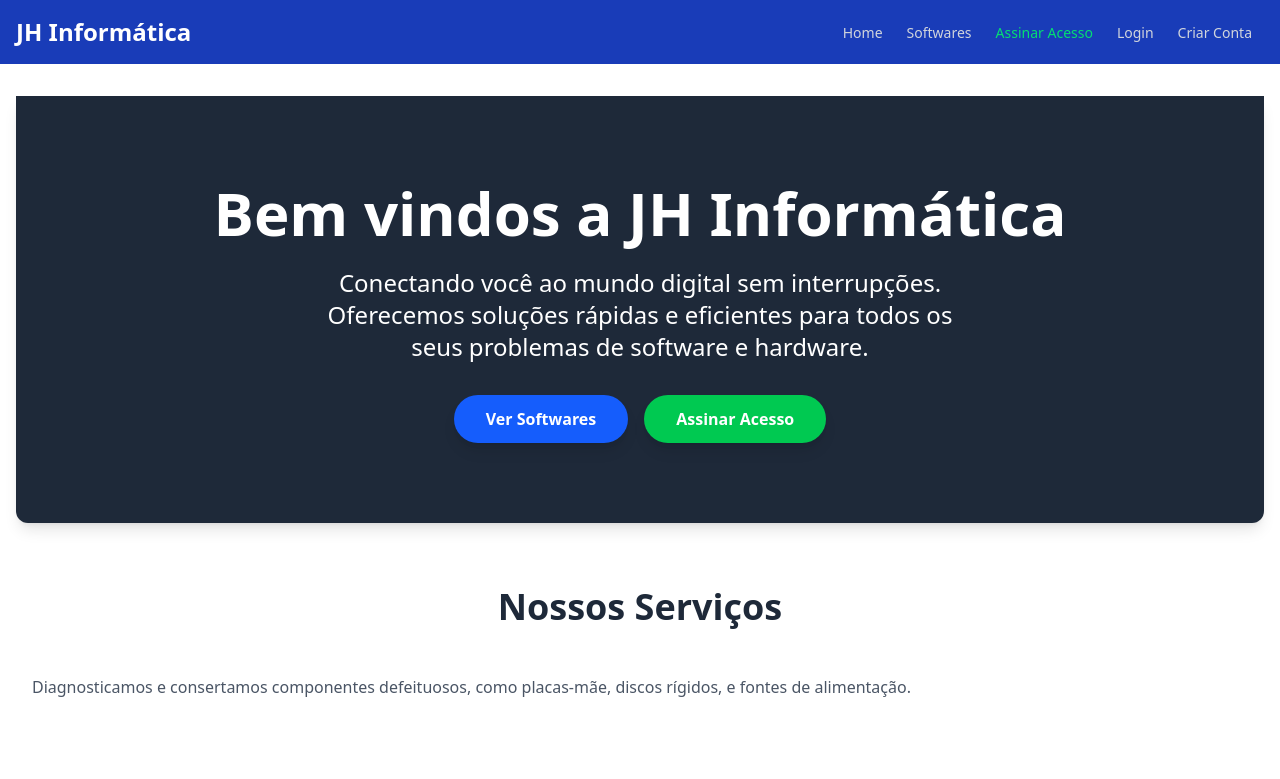
Repository: estevam02009/jh-info
Page: / (app in frontend/)
These files come from the project's save history. The page is drawn as it stood at one moment and after the next save; the edit follows.
The browser window is 1280 px wide. The pictures show the whole page.
The project was rebuilt for these pictures with package versions that can differ from the ones it lists, and the page was loaded fresh each time. Also part of the build but not shown: frontend/src/pages/Login.jsx, frontend/src/pages/Register.jsx, frontend/src/pages/Dashboard.jsx, frontend/src/components/ProtectedRoute.jsx, frontend/src/pages/SoftwareList.jsx, frontend/src/pages/SoftwareDetails.jsx, frontend/src/pages/SoftwareManagement.jsx, frontend/src/pages/PaymentPage.jsx and 1 more.

Above is the page before, as saved 2025-07-13 11:19:49.

### frontend/index.html
<!doctype html>
<html lang="en">
  <head>
    <meta charset="UTF-8" />
    <link rel="icon" type="image/svg+xml" href="/vite.svg" />
    <meta name="viewport" content="width=device-width, initial-scale=1.0" />
    <title>JH Informática</title>
  </head>
  <body>
    <div id="root"></div>
    <script type="module" src="/src/main.jsx"></script>
  </body>
</html>

### frontend/src/main.jsx
// src/main.jsx
import React from 'react';
import ReactDOM from 'react-dom/client';
import App from './App.jsx';
import './index.css'; // Para estilos globais
import { BrowserRouter } from 'react-router-dom';
import { AuthProvider } from './context/AuthContext.jsx'; // Contexto de Autenticação

ReactDOM.createRoot(document.getElementById('root')).render(
    <React.StrictMode>
        <BrowserRouter>
            <AuthProvider> {/* O AuthProvider envolve toda a aplicação */}
                <App />
            </AuthProvider>
        </BrowserRouter>
    </React.StrictMode>,
);

### frontend/src/App.jsx
import React from "react";
import {Link, Routes, Route} from "react-router-dom";
import Login from "./pages/Login.jsx";
import Register from "./pages/Register.jsx";
import Home from "./pages/Home.jsx";
import Dashboard from "./pages/Dashboard.jsx";
import ProtectedRoute from "./components/ProtectedRoute";
import SoftwareList from "./pages/SoftwareList";
import SoftwareDetails from "./pages/SoftwareDetails";
import SoftwareManagement from "./pages/SoftwareManagement";
import PaymentPage from "./pages/PaymentPage";
import MySoftwares from "./pages/MySoftwares.jsx";
import { useAuth } from "./context/AuthContext";


const App = () => {

    const { user, logout } = useAuth(); // Obtém o estado do usuário e a função de logout

    return (
        <>
            <nav className="bg-blue-800 p-4">
                <div className="container mx-auto flex justify-between items-center">
                    <Link to="/" className="text-white text-2xl font-bold">JH Informática</Link>
                    <div>
                        <Link to="/" className="text-gray-300 hover:bg-white hover:text-blue-500 px-3 py-2 rounded-md text-sm font-medium">Home</Link>
                        <Link to="/softwares" className="text-gray-300 hover:bg-white hover:text-blue-500 px-3 py-2 rounded-md text-sm font-medium">Softwares</Link>

                        {/* Link para a página de Pagamento/Assinatura */}
                        {!user?.hasPaidAccess && (
                            <Link to="/subscribe" className="text-green-400 hover:bg-gray-700 hover:text-green-200 px-3 py-2 rounded-md text-sm font-medium">Assinar Acesso</Link>
                        )}

                    {/*    Links visiveis apenas se o usuário estiver logado    */}
                        {user ? (
                            <>
                                <Link to="/dashboard" className="text-gray-300 hover:bg-white hover:text-blue-500 px-3 py-2 rounded-md text-sm font-medium">Dashboard</Link>
                                {user.hasPaidAccess && ( // Mostrar "Meus Softwares" apenas se tiver pago
                                    <Link to="/my-softwares" className="text-gray-300 hover:bg-white hover:text-blue-500 px-3 py-2 rounded-md text-sm font-medium">Meus Softwares</Link>
                                )}
                            {/* Link para gerenciamento de softwares - visivel apenas para admins logados */}
                                {user.role === "admin" && (
                                    <Link to="/admin/softwares" className="text-gray-300 hover:bg-white hover:text-blue-500 px-3 py-2 rounded-md text-sm font-medium">Gerenciar Softwares</Link>
                                )}
                                <button
                                    onClick={logout}
                                    className="bg-red-600 hover:bg-red-800 px-3 py-2 rounded-md text-sm text-white font-medium ml-4"
                                >Sair</button>
                            </>
                        ) : (

                            <>
                                {/* Links visivéis apenas se o usuário não estiver logado */}
                                <Link to="/login" className="text-gray-300 hover:bg-white hover:text-blue-500 px-3 py-2 rounded-md text-sm font-medium">Login</Link>
                                <Link to="/register" className="text-gray-300 hover:bg-white hover:text-blue-500 px-3 py-2 rounded-md text-sm font-medium">Criar Conta</Link>
                            </>
                        )}
                    </div>
                </div>
            </nav>

            {/* Conteúdo principal*/}
            <div className="container mx-auto p-4 mt-4">
                <Routes>
                    <Route path="/" element={<Home />} />
                    <Route path="/login" element={<Login />} />
                    <Route path="/register" element={<Register />} />

                    <Route path="/softwares" element={<SoftwareList />} /> {/* <-- Nova Rota */}
                    <Route path="/softwares/:id" element={<SoftwareDetails />} />

                    {/* Rota para a página de assinatura. É acessível se o usuário estiver logado ou não, mas a lógica de pagamento exige login */}
                    <Route path="/subscribe" element={<PaymentPage />} />

                {/* Rotas protegidas */}
                    <Route element={<ProtectedRoute />}>
                        <Route path="/dashboard" element={<Dashboard />}></Route>
                        <Route path="/my-softwares" element={<MySoftwares />} />
                    </Route>

                    <Route element={<ProtectedRoute allowedRoles={['admin']} />}>
                        <Route path="/admin/softwares" element={<SoftwareManagement />} />
                    </Route>

                    <Route path="*" element={<h2 className="text-4xl font-bold text-red-500">404 - Página não encontrada</h2>}></Route>
                </Routes>
            </div>
        </>
    )
}

export default App;

### frontend/src/context/AuthContext.jsx
// src/context/AuthContext.jsx
import React, { createContext, useState, useEffect, useContext } from 'react';
import axios from 'axios';

const AuthContext = createContext();

export const AuthProvider = ({ children }) => {
    // O estado 'user' agora conterá o campo 'hasPaidAccess'
    const [user, setUser] = useState(null);
    const [token, setToken] = useState(null);
    const [loading, setLoading] = useState(true); // Para saber se o token está sendo verificado

    // Base da URL da sua API
    const API_URL = 'http://localhost:5000/api'; // Certifique-se que a porta está correta

    // Carrega o token e usuário do localStorage ao iniciar
    useEffect(() => {
        const storedToken = localStorage.getItem('token');
        const storedUser = localStorage.getItem('user');

        if (storedToken && storedUser) {
            setToken(storedToken);

            if (storedToken && storedUser) {
                setToken(storedToken);
                // Garante que o usuário no estado inclui 'hasPaidAccess'
                try {
                    const userData = JSON.parse(storedUser);
                    setUser(userData);
                } catch (error) {
                    console.error('Erro ao fazer parse do usuário do localStorage:', error);
                    localStorage.removeItem('token');
                    localStorage.removeItem('user');
                }
            }

            // Configura o token no cabeçalho padrão do Axios para todas as requisições
            axios.defaults.headers.common['Authorization'] = `Bearer ${storedToken}`;
        }
        setLoading(false);
    }, []);

    const login = async (email, password) => {
        try {
            const response = await axios.post(`${API_URL}/auth/login`, { email, password });
            const { token, hasPaidAccess, ...userData } = response.data; // Capture 'hasPaidAccess'

            setToken(token);
            // Certifique-se de que o objeto user no estado inclui hasPaidAccess
            setUser({ ...userData, hasPaidAccess: hasPaidAccess });

            localStorage.setItem('token', token);
            // Armazene o objeto de usuário completo no localStorage, incluindo 'hasPaidAccess'
            localStorage.setItem('user', JSON.stringify({ ...userData, hasPaidAccess: hasPaidAccess }));

            axios.defaults.headers.common['Authorization'] = `Bearer ${token}`; // Atualiza o header
            return response.data;
        } catch (error) {
            console.error('Erro de login:', error.response?.data || error.message);
            throw error.response?.data || { message: 'Erro ao fazer login' };
        }
    };

    // Função para atualizar o estado do usuário (útil após o pagamento)
    const updateUserAccessStatus = (updatedUser) => {
        setUser(updatedUser);
        localStorage.setItem('user', JSON.stringify(updatedUser));
    }

    const register = async (name, email, password, role = 'user') => {
        try {
            const response = await axios.post(`${API_URL}/auth/register`, { name, email, password, role });
            // Geralmente, após o registro, você pode logar o usuário automaticamente ou redirecioná-lo para a tela de login
            return response.data;
        } catch (error) {
            console.error('Erro de registro:', error.response?.data || error.message);
            throw error.response?.data || { message: 'Erro ao registrar' };
        }
    };

    const logout = () => {
        setToken(null);
        setUser(null);
        localStorage.removeItem('token');
        localStorage.removeItem('user');
        delete axios.defaults.headers.common['Authorization']; // Remove o header do Axios
    };

    return (
        <AuthContext.Provider value={{ user, token, loading, login, register, logout, updateUserAccessStatus }}>
            {children}
        </AuthContext.Provider>
    );
};

export const useAuth = () => useContext(AuthContext);

### frontend/src/pages/Home.jsx
import React from 'react';
import { Link } from 'react-router-dom';

const Home = () => {
    return (
        <div className="flex flex-col items-center">

            {/* Seção Principal (Hero) */}
            <div className='bg-gray-800 text-white w-full py-20 px-4 text-center rounded-b-xl shadow-lg'>
                <h1 className='text-5xl md:text-6xl font-extrabold leading-tight mb-4'>
                    Bem vindos a JH Informática
                </h1>
                <p className='text-xl md:text-2xl font-light max-w-2xl mx-auto mb-8'>
                    Conectando você ao mundo digital sem interrupções. Oferecemos soluções rápidas e eficientes para todos os seus problemas de software e hardware.
                </p>
                <div className="flex justify-center space-x-4">
                    <Link
                        to="/softwares"
                        className="bg-blue-600 hover:bg-blue-700 text-white font-bold py-3 px-8 rounded-full shadow-lg transition duration-300"
                    >
                        Ver Softwares
                    </Link>
                    <Link
                        to="/subscribe"
                        className="bg-green-500 hover:bg-green-700 text-white font-bold py-3 px-8 rounded-full shadow-lg transition duration-300"
                    >
                        Assinar Acesso
                    </Link>
                </div>
            </div>

            {/* Seção nossos serviços */}
            <div className="container mx-auto py-16 px-4">
                <h2 className="text-4xl font-bold text-center text-gray-800 mb-12">Nossos Serviços</h2>
                <p className='text-gray-600'>
                    Diagnosticamos e consertamos componentes defeituosos, como placas-mãe, discos rígidos, e fontes de alimentação.
                </p>
            </div>
        </div>
    )
}

export default Home;

Loaded but not shown: frontend/src/index.css (common file)

After the next save:
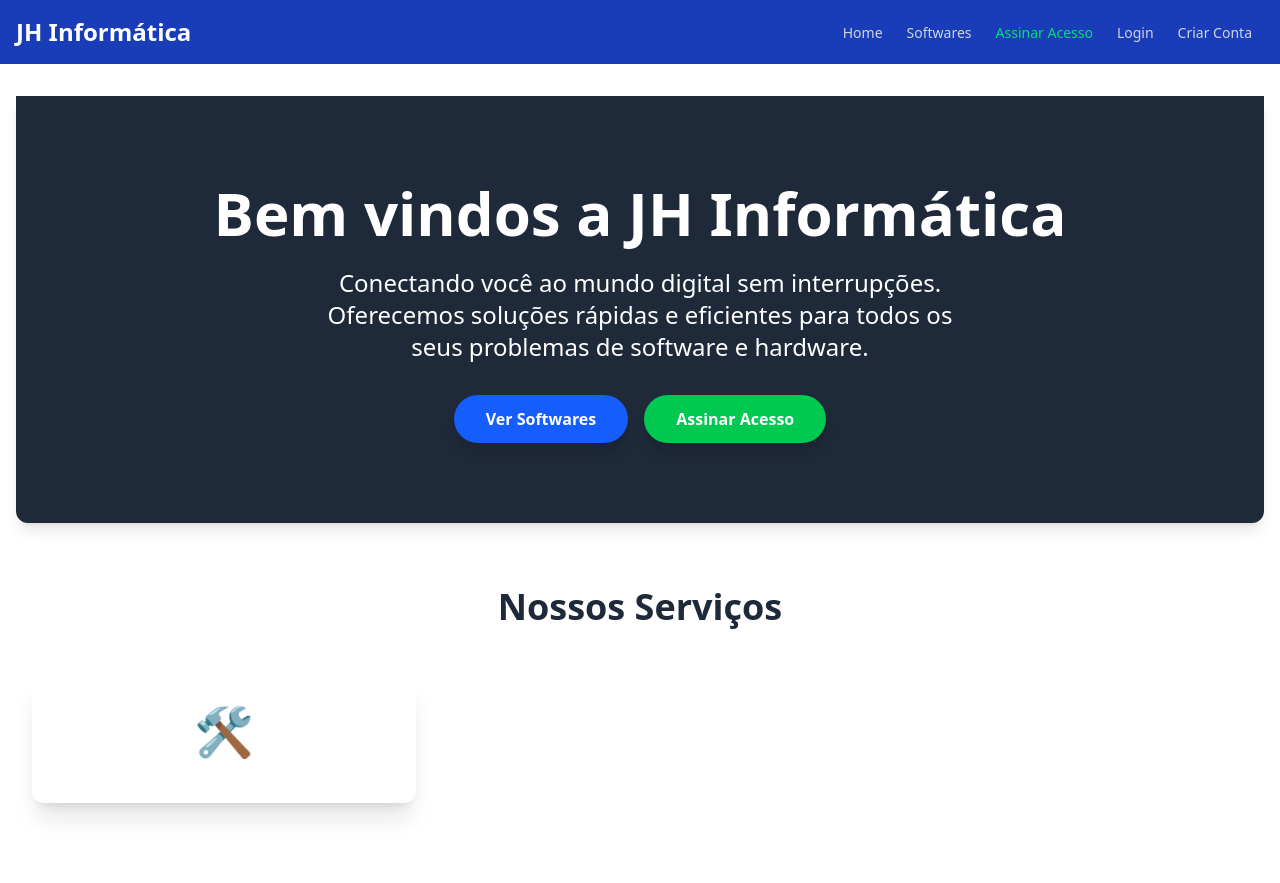
Saved 3 min 55 s later.
--- a/frontend/src/pages/Home.jsx
+++ b/frontend/src/pages/Home.jsx
@@ -32,9 +32,13 @@ const Home = () => {
             {/* Seção nossos serviços */}
             <div className="container mx-auto py-16 px-4">
                 <h2 className="text-4xl font-bold text-center text-gray-800 mb-12">Nossos Serviços</h2>
-                <p className='text-gray-600'>
-                    Diagnosticamos e consertamos componentes defeituosos, como placas-mãe, discos rígidos, e fontes de alimentação.
-                </p>
+                <div className='grid grid-cols-1 md:grid-cols-2 lg:grid-cols-3 gap-8'>
+
+                    {/* Card de Serviços */}
+                    <div className='bg-white rounded-xl shadow-xl p-8 text-center transition-transform transform hover:scale-106 duration-300'>
+                        <div className='text-5xl text-blue-600 mb-4'>🛠️</div>
+                    </div>
+                </div>
             </div>
         </div>
     )
